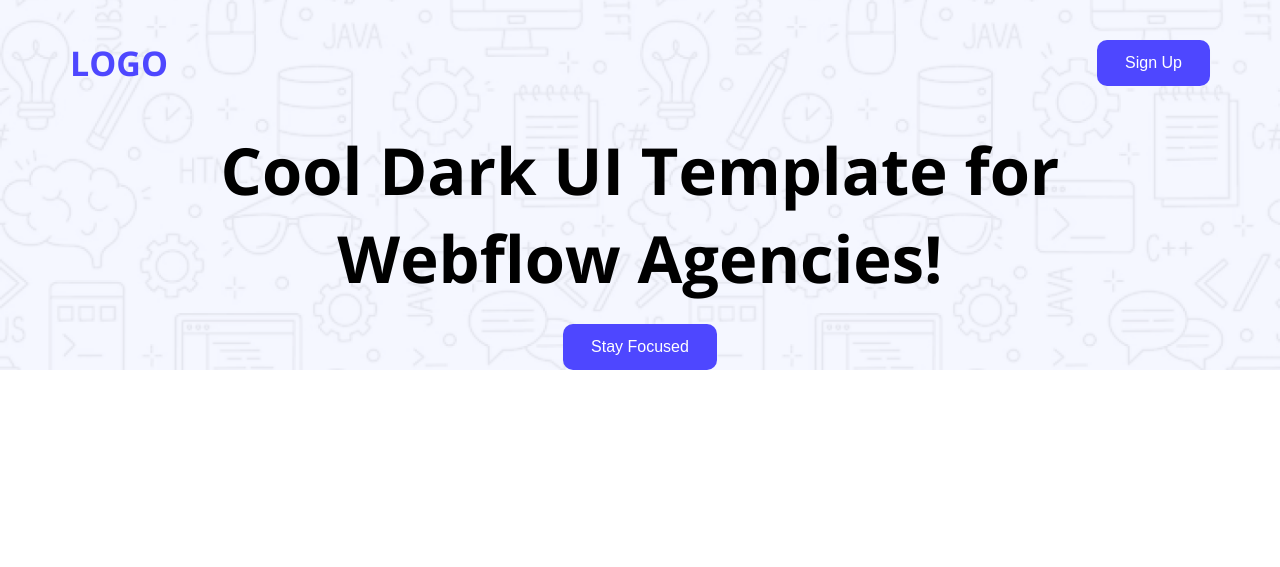
Repository: nahid-hasann/website-3
Page: index.html
An editor plug-in stored every save of this project. The page is shown before and after a run of saves, followed by the edit.
The browser window is 1280 px wide. The pictures show the whole page.

Above is the page before, as saved 2025-07-10 19:31:45.

### index.html
<!DOCTYPE html>
<html lang="en">
<head>
    <meta charset="UTF-8">
    <meta name="viewport" content="width=device-width, initial-scale=10">
    <title>MH NaHid</title>
    <link rel="preconnect" href="https://fonts.googleapis.com">
<link rel="preconnect" href="https://fonts.gstatic.com" crossorigin>
<link href="https://fonts.googleapis.com/css2?family=Open+Sans:ital,wght@0,300..800;1,300..800&family=Raleway:ital,wght@0,100..900;1,100..900&display=swap" rel="stylesheet">
<link rel="stylesheet" href="style.css">
</head>
<body class="open-sans-normal">


<header class="header-section">
      <section class="section-1">
       <h1 style="font-size: 34px; color: #4e47ff;">LOGO</h1>
       <button class="btn">Sign Up</button>
      </section>

      <section class="section-2">
        <h1 style="font-size: 65px; text-align: center;">Cool Dark UI Template for <br> Webflow Agencies!</h1>
        <br>
        <button class="btn">Stay Focused</button>
      </section>


</header>





</body>
</html>

### style.css
*{
    margin: 0;
    padding: 0;
    box-sizing: border-box;
}


.open-sans-normal {
  font-family: "Open Sans", sans-serif;
  font-optical-sizing: auto;
  font-style: normal;
  font-variation-settings:
    "wdth" 100;
}

.header-section{
    background-image: url('Assets/Hero-bg.png');
    background-repeat: no-repeat;
    background-position: center;
    background-size: cover;
    /* height: 700px; */
}

.section-1{
    display: flex;
    justify-content: space-between;
    padding: 40px 0;
    width: 1140px;
    margin: auto;
}

.btn{
    padding: 14px 28px;
    border: none;
    background-color: #4e47ff ;
    color: white;
    border-radius: 10px;
    display: block;
    font-size: 16px;
}

.section-2{

    display: flex;
    flex-direction: column;
    justify-content: center;
    align-items: center;
    margin: auto;

}

After the next 4 saves:
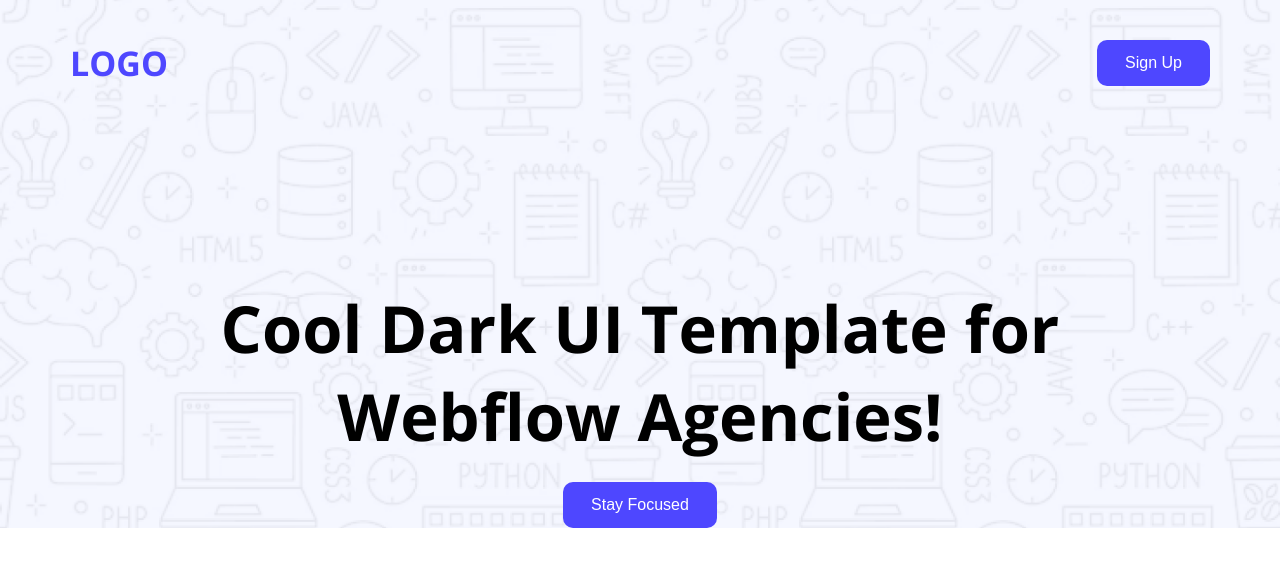
The 4 saves are shown as one change because they came seconds apart.
The last was saved 32 s later.
--- a/style.css
+++ b/style.css
@@ -45,6 +45,6 @@
     flex-direction: column;
     justify-content: center;
     align-items: center;
-    margin: auto;
+    margin: 158px auto;
 
 }
